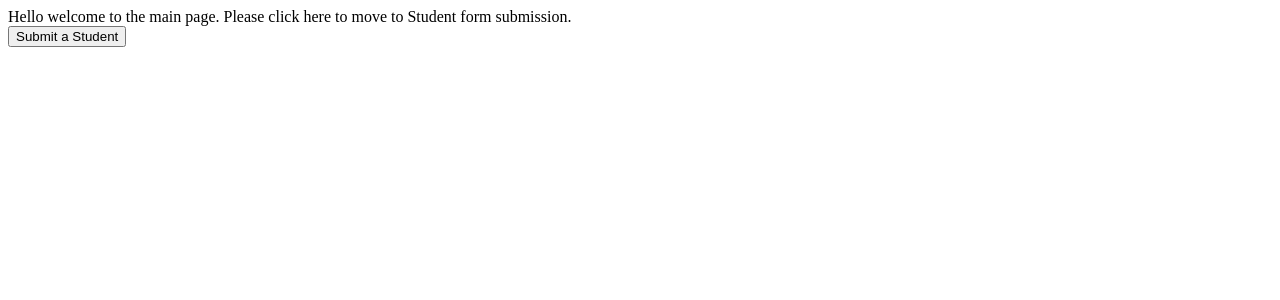
Repository: mdmyr/SpringFrameWorkout
Page: http://localhost/Spring-mvc-FormTag/WEB-INF/view/Welcome.jsp
An editor plug-in stored every save of this project. The page is shown before and after the next save, followed by the edit.
The browser window is 1280 px wide. The pictures show the whole page.
The page is served by Tomcat 9. Nobody is signed in. The template is opened directly, without the code that normally fills it, so the values that code supplies are empty.

Above is the page before, as saved 2020-12-07 03:50:00.

After the next save:
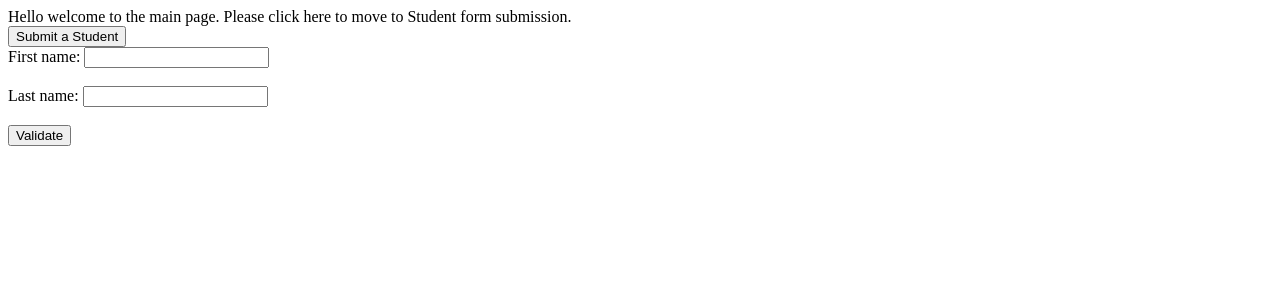
Saved 22 s later.
--- a/Spring-mvc-FormTag/WebContent/WEB-INF/view/Welcome.jsp
+++ b/Spring-mvc-FormTag/WebContent/WEB-INF/view/Welcome.jsp
@@ -16,6 +16,15 @@
 </form>
 
 
+<form action="bindData" method="GET">
+  <label for="fname">First name:</label>
+  <input type="text" id="fname" name="fname"><br><br>
+  <label for="lname">Last name:</label>
+  <input type="text" id="lname" name="lname"><br><br>
+  <input type="submit" value="Validate">
+
+	</form>
+
 </a>
 
 
